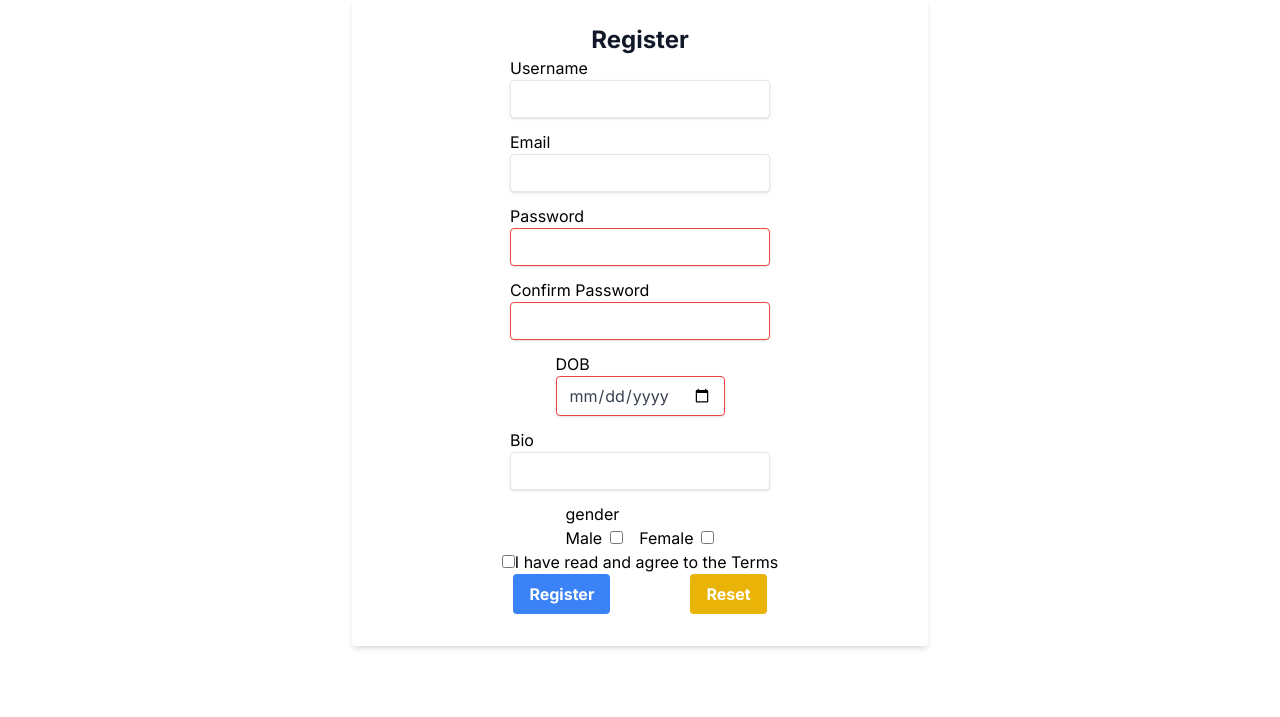
Repository: uh-sman/tiktok-card
Page: /
An editor plug-in stored every save of this project. The page is shown before and after the next save, followed by the edit.
The browser window is 1280 px wide. The pictures show the whole page.
The project was rebuilt for these pictures with package versions that can differ from the ones it lists, and the page was loaded fresh each time. The framework's server and built-in components were replaced by stand-ins that run in the browser. Also part of the build but not shown: next.config.js.

Above is the page before, as saved 2023-12-19 15:02:40.

After the next save:
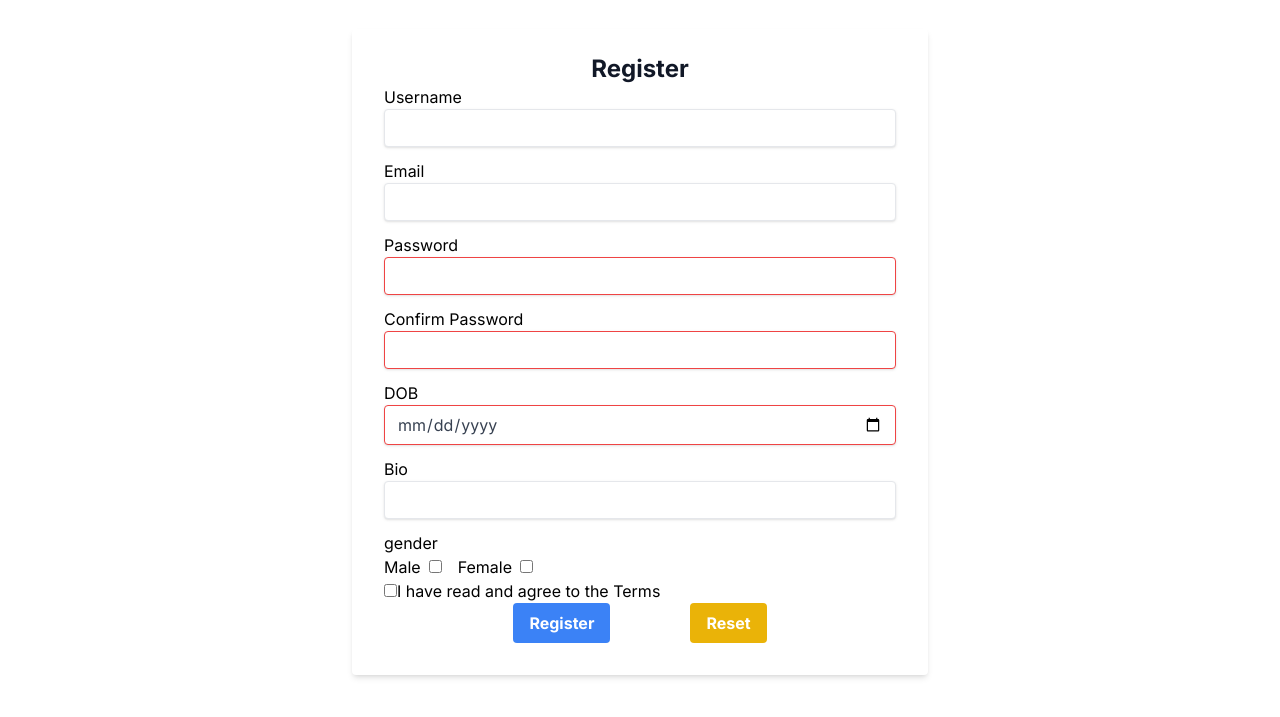
Saved 3 min 22 s later.
--- a/app/page.tsx
+++ b/app/page.tsx
@@ -15,7 +15,7 @@ type FormValues = {
 
 export default function Home() {
   return (
-    <div className="flex justify-center items-center h-full w-full">
+    <div className="flex justify-center items-center h-screen w-full">
       {/* <div className="flex justify-center">
 
       </div> */}
--- a/app/components/AuthForm.tsx
+++ b/app/components/AuthForm.tsx
@@ -24,7 +24,7 @@ const AuthForm: React.FC = () => {
     }
     return (
         <div className="w-full max-w-xl">
-        <form className="flex justify-center flex-col items-center bg-white shadow-md rounded px-8 pt-6 pb-8 mb-4" onSubmit={handleSubmit(onSubmit)}>
+        <form className="bg-white shadow-md rounded px-8 pt-6 pb-8 mb-4" onSubmit={handleSubmit(onSubmit)}>
         <h2 className="font-bold text-gray-900 text-2xl text-center">Register</h2>
           <div className="flex flex-col">
             <label>Username</label>
